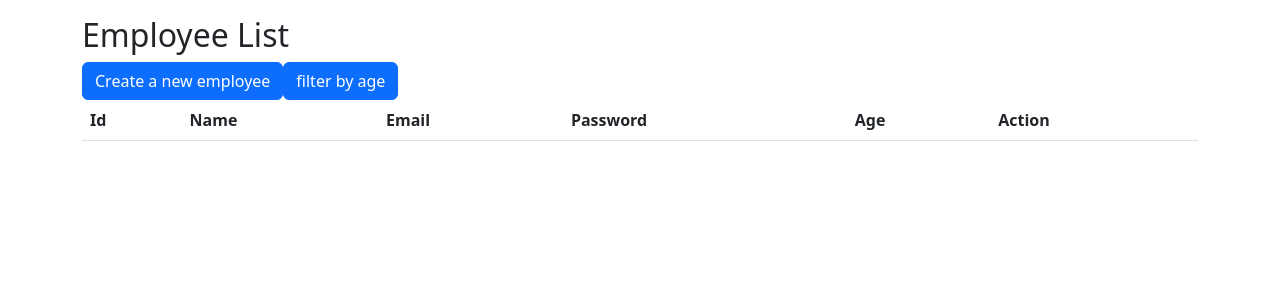
Repository: HoangLinh2001/PHP
Page: http://localhost/list_employee.php
These files come from the project's save history. The page is drawn as it stood at one moment and after the next save; the edit follows.
The browser window is 1280 px wide. The pictures show the whole page.
The page is run by PHP 8.4 with error messages shown; the project is at /var/www/html/. Queries for data that is not in the repository find no rows.

Above is the page before, as saved 2023-06-21 15:14:30.

After the next save:
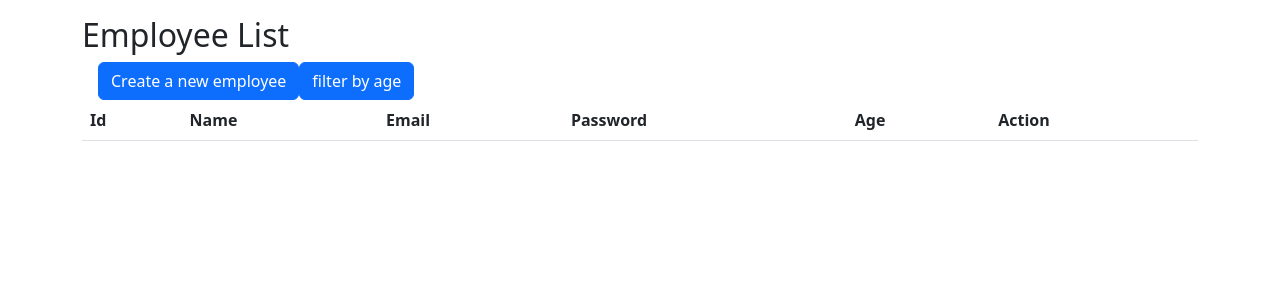
Saved 13 s later.
--- a/DEMOPHPBUOI2/list_employee.php
+++ b/DEMOPHPBUOI2/list_employee.php
@@ -10,6 +10,7 @@
     <style>
         .create-filter-employee{
             display: flex;
+            padding-left: 1rem;
         }
     </style>
 </head>
